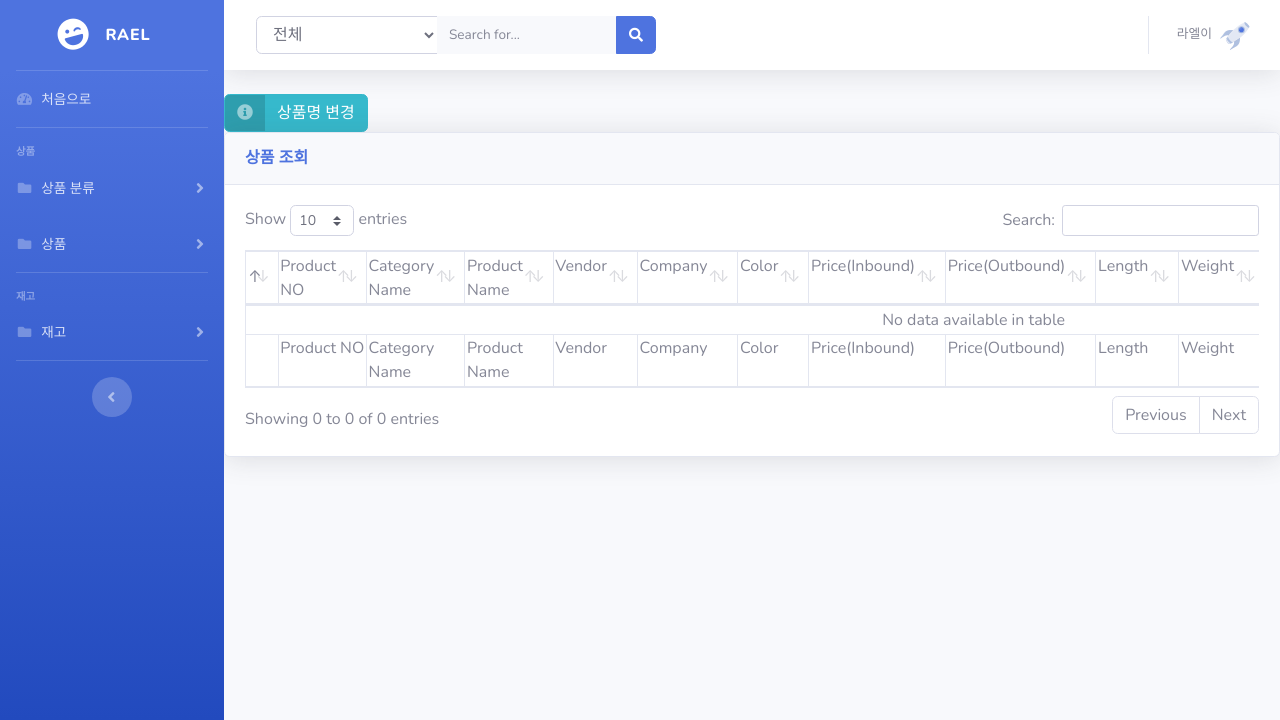
Repository: sww232/springRaelProject
Page: http://localhost/rael/WEB-INF/views/product/product_update_detail.jsp
These files come from the project's save history. The page is drawn as it stood at one moment and after the next save; the edit follows.
The browser window is 1280 px wide. The pictures show the whole page.
The page is served by Tomcat 9. Nobody is signed in. Other server files are loaded and not shown. The template is opened directly, without the code that normally fills it, so the values that code supplies are empty.

Above is the page before, as saved 2022-10-07 11:08:39.

### raelproject3/rael/src/main/webapp/WEB-INF/views/product/product_update_detail.jsp
<%@ page language="java" contentType="text/html; charset=UTF-8" pageEncoding="UTF-8"%>
<%@ taglib uri="http://java.sun.com/jsp/jstl/core" prefix="c" %>
<%@ taglib prefix="sql" uri="http://java.sun.com/jsp/jstl/sql" %>
<%@ taglib prefix="fmt" uri="http://java.sun.com/jsp/jstl/fmt" %>
<!DOCTYPE html>
<html>
<head>
		<meta http-equiv="X-UA-Compatible" content="IE=edge">
		<meta name="viewport" content="width=device-width, initial-scale=1, shrink-to-fit=no">
	    <meta name="description" content="">
	    <meta name="author" content="">
	    <meta charset="UTF-8">
			<title></title>

		<link href="/vendor/fontawesome-free/css/all.min.css" rel="stylesheet" type="text/css">
		<link href="/css/modal.css" rel="stylesheet" type="text/css">
	    <link
	        href="https://fonts.googleapis.com/css?family=Nunito:200,200i,300,300i,400,400i,600,600i,700,700i,800,800i,900,900i"
	        rel="stylesheet">

	    <!-- Custom styles for this template -->
	    <link href="/css/sb-admin-2.min.css" rel="stylesheet">
	    <!-- Custom styles for this page -->
	    <link href="/vendor/datatables/dataTables.bootstrap4.min.css" rel="stylesheet">

	    <script src="/vendor/jquery/jquery.min.js"></script>
	    <script src="/vendor/bootstrap/js/bootstrap.bundle.min.js"></script>

	    <!-- Core plugin JavaScript-->
	    <script src="/vendor/jquery-easing/jquery.easing.min.js"></script>

	    <!-- Custom scripts for all pages-->
	    <script src="/js/sb-admin-2.min.js"></script>

	    <!-- Page level plugins -->
	    <script src="/vendor/datatables/jquery.dataTables.min.js"></script>
	    <script src="/vendor/datatables/dataTables.bootstrap4.min.js"></script>

	    <!-- Page level custom scripts -->
	    <script src="/js/demo/datatables-demo.js"></script>


	</head>


	<body id="page-top">
		<div id="wrapper">
			<ul class="navbar-nav bg-gradient-primary sidebar sidebar-dark accordion" id="accordionSidebar">
            	<!-- Sidebar - Brand -->
	            <a class="sidebar-brand d-flex align-items-center justify-content-center" href="/">
	                <div class="sidebar-brand-icon rotate-n-15">
	                    <i class="fas fa-laugh-wink"></i>
	                </div>

	                <div class="sidebar-brand-text mx-3"> RAEL </div>
	            </a>

	            <!-- Divider -->
	            <hr class="sidebar-divider my-0">

	            <!-- Nav Item - Dashboard -->
	            <li class="nav-item">
	                <a class="nav-link" href="/">
	                    <i class="fas fa-fw fa-tachometer-alt"></i>
	                    <span>처음으로</span></a>
	            </li>

	            <!-- Divider -->
	            <hr class="sidebar-divider">

	            <!-- Heading -->
	            <div class="sidebar-heading">
	                상품
	            </div>

	            <!-- Nav Item - Pages Collapse Menu -->
	            <li class="nav-item">
	                <a class="nav-link collapsed" href="#" data-toggle="collapse" data-target="#collapseTwo"
	                    aria-expanded="true" aria-controls="collapseTwo">
	                    <i class="fas fa-fw fa-folder"></i>
	                    <span>상품 분류</span>
	                </a>
	                <div id="collapseTwo" class="collapse" aria-labelledby="headingTwo" data-parent="#accordionSidebar">
	                    <div class="bg-white py-2 collapse-inner rounded">
	                        <h6 class="collapse-header">상풍 분류 탭</h6>
	                        <a class="collapse-item" href="/product/category_select?page=1&recordSize=10&pageSize=10">상품 분류 조회</a>
	                        <a class="collapse-item" href="/product/category_insert?insertresult=0">상품 분류 등록</a>
	                        <a class="collapse-item" href="/product/category_update">상품 분류 수정</a>
	                    </div>
	                </div>
	            </li>

	            <!-- Nav Item - Utilities Collapse Menu -->
	            <li class="nav-item">
	                <a class="nav-link collapsed" href="#" data-toggle="collapse" data-target="#collapseUtilities"
	                    aria-expanded="true" aria-controls="collapseUtilities">
	                    <i class="fas fa-fw fa-folder"></i>
	                    <span>상품</span>
	                </a>
	                <div id="collapseUtilities" class="collapse" aria-labelledby="headingUtilities"
	                    data-parent="#accordionSidebar">
	                    <div class="bg-white py-2 collapse-inner rounded">
	                        <h6 class="collapse-header">상품 탭</h6>
	                        <a class="collapse-item" href="/product/all_select?page=1&recordSize=10&pageSize=10">상품 조회</a>
	                        <a class="collapse-item" href="/product/product_insert">상품 등록</a>
	                        <a class="collapse-item" href="/product/product_insert_detail">상품 추가 등록</a>
	                        <a class="collapse-item" href="/product/product_update">상품명/상세정보 수정</a>
	                    </div>
	                </div>
	            </li>

	            <!-- Divider -->
	            <hr class="sidebar-divider">

	            <!-- Heading -->
	            <div class="sidebar-heading">
	                재고
	            </div>

	            <!-- Nav Item - Pages Collapse Menu -->
	            <li class="nav-item">
	                <a class="nav-link collapsed" href="#" data-toggle="collapse" data-target="#collapsePages"
	                    aria-expanded="true" aria-controls="collapsePages">
	                    <i class="fas fa-fw fa-folder"></i>
	                    <span>재고</span>
	                </a>
	                <div id="collapsePages" class="collapse" aria-labelledby="headingPages" data-parent="#accordionSidebar">
	                    <div class="bg-white py-2 collapse-inner rounded">
	                        <h6 class="collapse-header">재고</h6>
	                        <a class="collapse-item" href="/stock/stock_select?page=1&recordSize=10&pageSize=10">재고 조회 및 입/출고</a>
	                        <div class="collapse-divider"></div>
	                        <h6 class="collapse-header">재고 입/출고</h6>
	                        <a class="collapse-item" href="/stock/stock_history?page=1&recordSize=10&pageSize=10">내역</a>
	                        <a class="collapse-item" href="/stock/stock_history_cancel?page=1&recordSize=10&pageSize=10">취소</a>
	                    </div>
	                </div>
	            </li>

	            <!-- Divider -->
	            <hr class="sidebar-divider d-none d-md-block">

	            <!-- Sidebar Toggler (Sidebar) -->
	            <div class="text-center d-none d-md-inline">
	                <button class="rounded-circle border-0" id="sidebarToggle"></button>
	            </div>

        	</ul>

       		<!-- End of Sidebar -->

	        <!-- Content Wrapper -->
	        <div id="content-wrapper" class="d-flex flex-column">

	            <!-- Main Content -->
	            <div id="content">

	                <!-- Topbar -->
	                <nav class="navbar navbar-expand navbar-light bg-white topbar mb-4 static-top shadow">

	                    <!-- Sidebar Toggle (Topbar) -->
	                    <form class="form-inline">
	                        <button id="sidebarToggleTop" class="btn btn-link d-md-none rounded-circle mr-3">
	                            <i class="fa fa-bars"></i>
	                        </button>
	                    </form>

	                    <!-- Topbar Search -->
	                    <form class="d-none d-sm-inline-block form-inline mr-auto ml-md-3 my-2 my-md-0 mw-100 navbar-search"
	                     id="searchForm" autocomplete="off" action="/product/all_select?page=1&recordSize=10&pageSize=10">

							<div class="input-group">
								<select id="searchType" name="searchType" class="form-control">
						           <option value="" selected>전체</option>
						           <option value="product_name">제품 이름</option>
						           <option value="product_company">회사명</option>
								</select>
								<input type="text" class="form-control bg-light border-0 small" placeholder="Search for..."
                                aria-label="Search" aria-describedby="basic-addon2" id="keyword" name="keyword">
                                <div class="input-group-append">
	                                <button class="btn btn-primary" type="submit">
	                                    <i class="fas fa-search fa-sm"></i>
	                                </button>
                            	</div>
					    	</div>
						</form>



	                    <!-- Topbar Navbar -->
	                    <ul class="navbar-nav ml-auto">

	                        <!-- Nav Item - Search Dropdown (Visible Only XS) -->
	                        <li class="nav-item dropdown no-arrow d-sm-none">
	                            <a class="nav-link dropdown-toggle" href="#" id="searchDropdown" role="button"
	                                data-toggle="dropdown" aria-haspopup="true" aria-expanded="false">
	                                <i class="fas fa-search fa-fw"></i>
	                            </a>
	                            <!-- Dropdown - Messages -->
	                            <div class="dropdown-menu dropdown-menu-right p-3 shadow animated--grow-in"
	                                aria-labelledby="searchDropdown">
	                                <form class="form-inline mr-auto w-100 navbar-search">
	                                    <div class="input-group">
	                                        <input type="text" class="form-control bg-light border-0 small"
	                                            placeholder="Search for..." aria-label="Search"
	                                            aria-describedby="basic-addon2">
	                                        <div class="input-group-append">
	                                            <button class="btn btn-primary" type="button">
	                                                <i class="fas fa-search fa-sm"></i>
	                                            </button>
	                                        </div>
	                                    </div>
	                                </form>
	                            </div>
	                        </li>

	                        <div class="topbar-divider d-none d-sm-block"></div>

	                        <!-- Nav Item - User Information -->
	                        <li class="nav-item dropdown no-arrow">
	                            <a class="nav-link dropdown-toggle" href="#" id="userDropdown" role="button"
	                                data-toggle="dropdown" aria-haspopup="true" aria-expanded="false">
	                                <span class="mr-2 d-none d-lg-inline text-gray-600 small">라엘이</span>
	                                <img class="img-profile rounded-circle"
	                                    src="/img/undraw_rocket.svg">
	                            </a>
	                            <!-- Dropdown - User Information -->
	                            <div class="dropdown-menu dropdown-menu-right shadow animated--grow-in"
	                                aria-labelledby="userDropdown">
	                                <div class="dropdown-divider"></div>
	                                <a class="dropdown-item" href="#" data-toggle="modal" data-target="#logoutModal">
	                                    <i class="fas fa-sign-out-alt fa-sm fa-fw mr-2 text-gray-400"></i>
	                                    Logout
	                                </a>
	                            </div>
	                        </li>
						</ul>
					</nav>
					<button class="btn btn-info btn-icon-split" onclick="location.href='product_update?categoryBox=${categoryBox}'">
					    <span class="icon text-white-50">
					    	<i class="fas fa-info-circle"></i>
					    </span>
			    		<span class="text">상품명 변경</span>
			    	</button>
					<div class="card shadow mb-4">
					<div class="card-header py-3">
					    <h6 class="m-0 font-weight-bold text-primary">상품 조회</h6>
					</div>
					<div class="card-body">
						<div class="table-responsive">
							<div id="dataTable_wrapper" class="dataTables_wrapper dt-bootstrap4">
								<div class="row">
									<div class="col-sm-12">
										<form>
											<table class="table table-bordered" id="dataTable" width="100%" cellspacing="0">

												<thead>
													<tr>
														<td></td>
														<td>Product NO</td>
														<td>Category Name</td>
														<td>Product Name</td>
														<td>Vendor</td>
														<td>Company</td>
														<td>Color</td>
														<td>Price(Inbound)</td>
														<td>Price(Outbound)</td>
														<td>Length</td>
														<td>Weight</td>
														<td>Battery</td>
														<td>Registered Date</td>
														<td>Modified Date</td>
														<td>Product Description</td>
														<td></td>
													</tr>
												</thead>
												<tfoot>
													<tr>
														<td></td>
														<td>Product NO</td>
														<td>Category Name</td>
														<td>Product Name</td>
														<td>Vendor</td>
														<td>Company</td>
														<td>Color</td>
														<td>Price(Inbound)</td>
														<td>Price(Outbound)</td>
														<td>Length</td>
														<td>Weight</td>
														<td>Battery</td>
														<td>Registered Date</td>
														<td>Modified Date</td>
														<td>Product Description</td>
														<td></td>
													</tr>
												</tfoot>
												<tbody>
													<c:forEach items="${datas.list}" var="data">
														<input type="hidden" name="categoryBox" value="${categoryBox}" readonly>
														<tr>
															<td>
																<button type="submit" class="btn btn-secondary btn-icon-split"
																value="${data.PRODUCTNUM} / ${data.PRODUCTBYNUM}"
																formaction="/product/product_update_detail/${data.PRODUCTNUM}/${data.PRODUCTBYNUM}">
																	<span class="icon text-white-50">
																		<i class="fas fa-arrow-right"></i>
																	</span>
																	<span class="text">${data.PRODUCTNUM}</span>
																</button>

															</td>
															<td>${data.PRODUCTCATEGORYNAME}</td>
															<td>${data.PRODUCTNAME}</td>
															<td>${data.PRODUCTVENDOR}
															<td>${data.PRODUCTCOMPANY}</td>
															<td>${data.PRODUCTCOLOR}</td>
															<td>${data.PRODUCTPRICEINBOUND}</td>
															<td>${data.PRODUCTPRICEOUTBOUND}</td>
															<td>${data.PRODUCTLENGTH}
															<td>${data.PRODUCTWEIGHT}
															<td>${data.PRODUCTVOLT}</td>
															<td>${data.APPENDDATE}</td>
															<td>${data.UPDATEDATE}</td>
															<td>${data.PRODUCTDESCRIPTION}</td>
														</tr>
													</c:forEach>
												</tbody>
											</table>

										</form>
				</div>          	</div>
	    	<!-- End of Topbar -->
	    	</div>
	    </div>

	<div class="container">




	<form>

		<table class="rwd-table">
				<thead>
					<tr>

					</tr>
				</thead>

				<tbody>

				</tbody>
			</table>
		</form>
	    <c:if test="${datas.pagination.totalPageCount < 1}">
	        <span>0</span>
	    </c:if>
	    <c:if test="${datas.pagination.existPrevPage eq true}">
	    	<span><a href='<c:url value="/product/product_update_detail?categoryBox=${categoryBox}&page=${datas.pagination.startPage-1}&recordSize=10&pageSize=10"/>'>이전</a></span>
	    </c:if>
	    <c:if test="${datas.pagination.totalPageCount > 0}">
	   		<c:forEach begin="${datas.pagination.startPage}" end="${datas.pagination.endPage}" var="num">
	   			<span><a href='<c:url value="/product/product_update_detail?categoryBox=${categoryBox}&page=${num}&recordSize=10&pageSize=10"/>'>${num}</a></span>
	   		</c:forEach>
	    </c:if>
	    <c:if test="${datas.pagination.existNextPage eq true}">
	        <span><a href='<c:url value="/product/product_update_detail?categoryBox=${categoryBox}&page=${datas.pagination.endPage+1}&recordSize=10&pageSize=10"/>'>다음</a></span>
	    </c:if>
	</div>
	<c:if test="${updateresult eq 1}">
			<script>
				alert("수정 완료!")
			</script>
	</c:if>
</body>
</html>

### raelproject3/rael/src/main/resources/static/css/modal.css
@charset "UTF-8";

.modal{
	position: fixed;
	top: 0;
	z-index: 1050;
	display: none;
	width: 100%;
	height: 100%;
	overflow: hidden;
	outline: 0;
}

.modal-dialog{
	position: relative;
	width: auto;
	margin: .5rem;
	pointer-events: none;
}

### raelproject3/rael/src/main/resources/static/img/undraw_rocket.svg
<?xml version="1.0" encoding="utf-8"?>
<!-- Generator: Adobe Illustrator 25.0.0, SVG Export Plug-In . SVG Version: 6.00 Build 0)  -->
<svg version="1.1" id="b759170a-51c3-4e2f-999d-77dec9fd6d11"
	 xmlns="http://www.w3.org/2000/svg" xmlns:xlink="http://www.w3.org/1999/xlink" x="0px" y="0px" viewBox="0 0 650.9 610.5"
	 style="enable-background:new 0 0 650.9 610.5;" xml:space="preserve">
<style type="text/css">
	.st0{fill:#AFC0E0;}
	.st1{opacity:0.2;fill:#FFFFFF;enable-background:new    ;}
	.st2{opacity:0.1;enable-background:new    ;}
	.st3{fill:#E3E8F4;}
	.st4{fill:#4E73DF;}
</style>
<path class="st0" d="M174,321c-2-1.6-4.2-3-6.6-4.2c-51.8-26.2-157,67.8-157,67.8L0,372.7c0,0,42.1-43.8,92.4-117.3
	c45.2-66.1,150.7-51.8,171.4-48.3c2.3,0.4,3.6,0.7,3.6,0.7C298.7,288.3,174,321,174,321z"/>
<path class="st1" d="M269.4,213.9c-0.6-2-1.3-4-2-6c0,0-1.2-0.2-3.6-0.7c-20.7-3.5-126.2-17.8-171.4,48.3C42.1,329,0,372.7,0,372.7
	l5.9,6.7c0,0,42.1-43.8,92.4-117.3C143.3,196.3,248,210.2,269.4,213.9z"/>
<path class="st0" d="M337.7,533.4c-79.2,40.8-127.8,77.1-127.8,77.1l-10.5-11.9c0,0,111.1-96.8,85.3-150.9c-0.5-1.2-1.2-2.3-1.9-3.4
	c0,0,47.9-119.6,123.9-78.5c0,0,0.1,1,0.2,2.9C407.8,387.8,409.7,496.3,337.7,533.4z"/>
<path class="st2" d="M174,321c-2-1.6-4.2-3-6.6-4.2c29.3-38.9,61.5-75.5,96.3-109.7c2.3,0.4,3.6,0.7,3.6,0.7
	C298.7,288.3,174,321,174,321z"/>
<path class="st2" d="M406.9,368.6c-38.6,29.6-79.4,56.1-122.3,79.1c-0.5-1.2-1.2-2.3-1.9-3.4c0,0,47.9-119.6,123.9-78.5
	C406.7,365.7,406.8,366.7,406.9,368.6z"/>
<path class="st3" d="M263.6,455.5c-20.3,10.4-41.6,20.5-64,30.2c-33.6,14.6-51.5-2.2-80.7-91.5c0,0,12.5-22.5,37.2-57
	c54.3-75.8,167.5-209.1,336.1-286.7C542.7,27.1,596.1,10.1,650.9,0c0,0-9.1,68.8-62,160.1S439.1,365.3,263.6,455.5z"/>
<circle class="st0" cx="435.6" cy="199.7" r="71.6"/>
<path class="st4" d="M469.2,237.9c-21,18.6-53.1,16.6-71.7-4.5c-7.8-8.8-12.2-20-12.7-31.8c-0.2-4.7,0.3-9.4,1.4-14
	c0.5-2,1.1-4.1,1.9-6c2.9-7.7,7.7-14.5,13.8-19.9c0.3-0.3,0.6-0.5,0.9-0.8c17.1-14.4,41.5-15.9,60.3-3.8c3.5,2.3,6.7,4.9,9.5,7.9
	l1,1.1C492.2,187.2,490.2,219.3,469.2,237.9C469.2,237.8,469.2,237.9,469.2,237.9z"/>
<path class="st0" d="M588.9,160.1c-83-35.2-96.8-109.6-96.8-109.6C542.7,27,596.1,10.1,650.9,0C650.9,0,641.8,68.8,588.9,160.1z"/>
<path class="st0" d="M263.6,455.5c-13.7,7.1-27.9,13.9-42.6,20.7c-7,3.2-14.1,6.4-21.4,9.5c-10.9,4.7-51.5-2.2-80.7-91.5
	c0,0,4.1-7.3,12.1-20c6.1-9.6,14.5-22.2,25.1-37c0,0,11,33.2,41.1,67.3C215.8,425.7,238.4,443,263.6,455.5z"/>
<path class="st3" d="M221,476.2c-7,3.2-14.1,6.4-21.4,9.5c-10.9,4.7-51.5-2.2-80.7-91.5c0,0,4.1-7.3,12.1-20
	C131,374.2,170.2,456.9,221,476.2z"/>
<path class="st1" d="M463.2,157l-0.1,0l-60.1,3.9c-0.3,0.3-0.6,0.5-0.9,0.8c-6.2,5.4-10.9,12.3-13.8,19.9l84.5-16.6L463.2,157z"/>
<path class="st1" d="M438.8,194.3l-53.9,7.3c-0.2-4.7,0.3-9.4,1.4-14l52.8,1.4L438.8,194.3z"/>
<path class="st1" d="M131.7,408.7c0,0,12.5-22.5,37.2-57C223.2,276,336.4,142.7,504.9,65c45.6-21.1,93.3-36.9,142.5-47.3
	C650.1,6.4,650.9,0,650.9,0c-54.8,10.1-108.2,27-158.7,50.5c-168.6,77.7-281.8,211-336.1,286.7c-24.7,34.4-37.2,57-37.2,57
	c11.5,35.3,26.6,57,40.5,70.3C149.4,451.4,139.7,433.3,131.7,408.7z"/>
</svg>

Loaded but not shown: raelproject3/rael/src/main/resources/static/css/sb-admin-2.min.css (library); raelproject3/rael/src/main/resources/static/js/sb-admin-2.min.js (common file); raelproject3/rael/src/main/resources/static/js/demo/datatables-demo.js (common file)

After the next save:
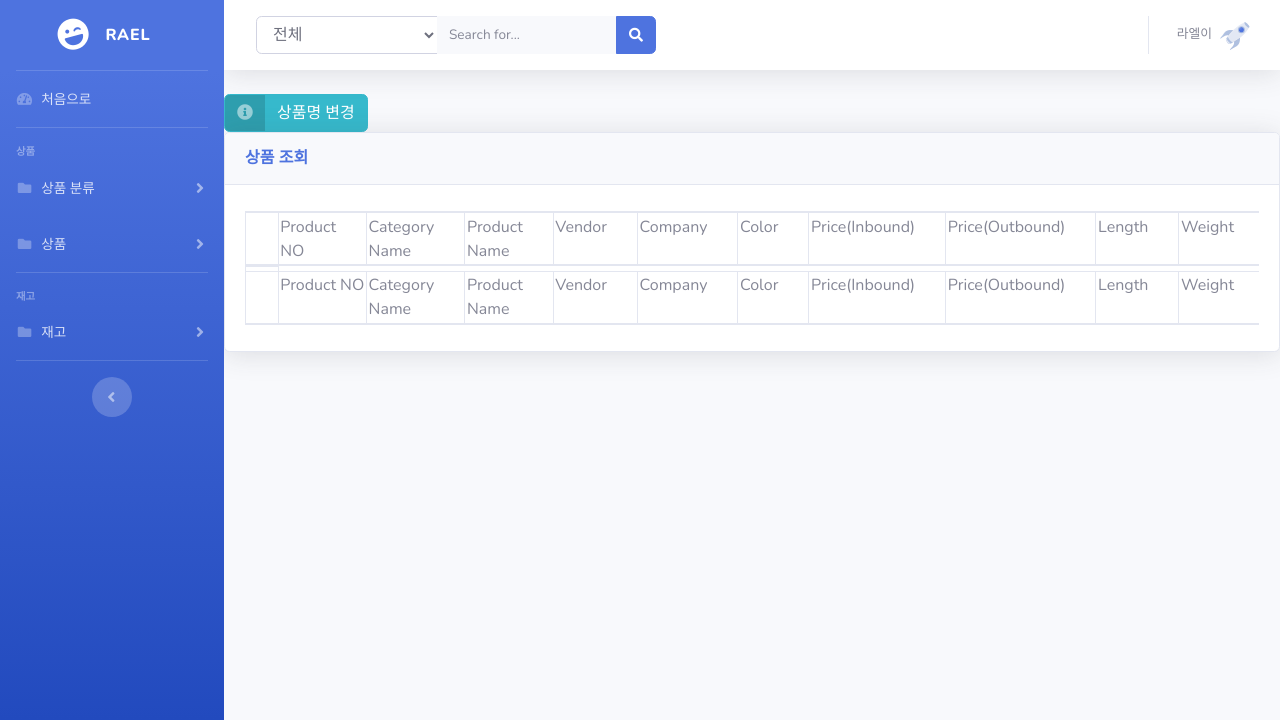
Console error: TypeError: Cannot set properties of undefined (setting '_DT_CellIndex')
Saved 7 s later.
--- a/raelproject3/rael/src/main/webapp/WEB-INF/views/product/product_update_detail.jsp
+++ b/raelproject3/rael/src/main/webapp/WEB-INF/views/product/product_update_detail.jsp
@@ -294,6 +294,7 @@
 													</tr>
 												</tfoot>
 												<tbody>
+													<td></td>
 													<c:forEach items="${datas.list}" var="data">
 														<input type="hidden" name="categoryBox" value="${categoryBox}" readonly>
 														<tr>

After the save that followed:
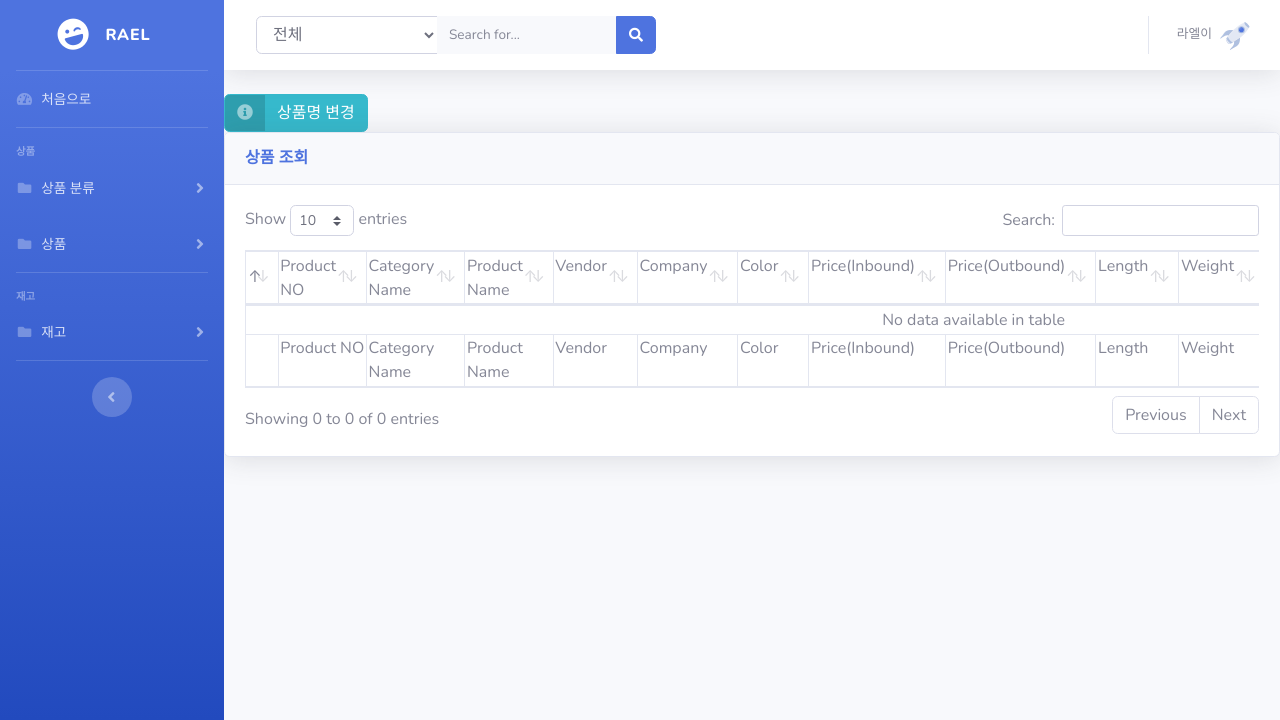
The error is gone.
Saved 26 s later.
--- a/raelproject3/rael/src/main/webapp/WEB-INF/views/product/product_update_detail.jsp
+++ b/raelproject3/rael/src/main/webapp/WEB-INF/views/product/product_update_detail.jsp
@@ -294,7 +294,6 @@
 													</tr>
 												</tfoot>
 												<tbody>
-													<td></td>
 													<c:forEach items="${datas.list}" var="data">
 														<input type="hidden" name="categoryBox" value="${categoryBox}" readonly>
 														<tr>
